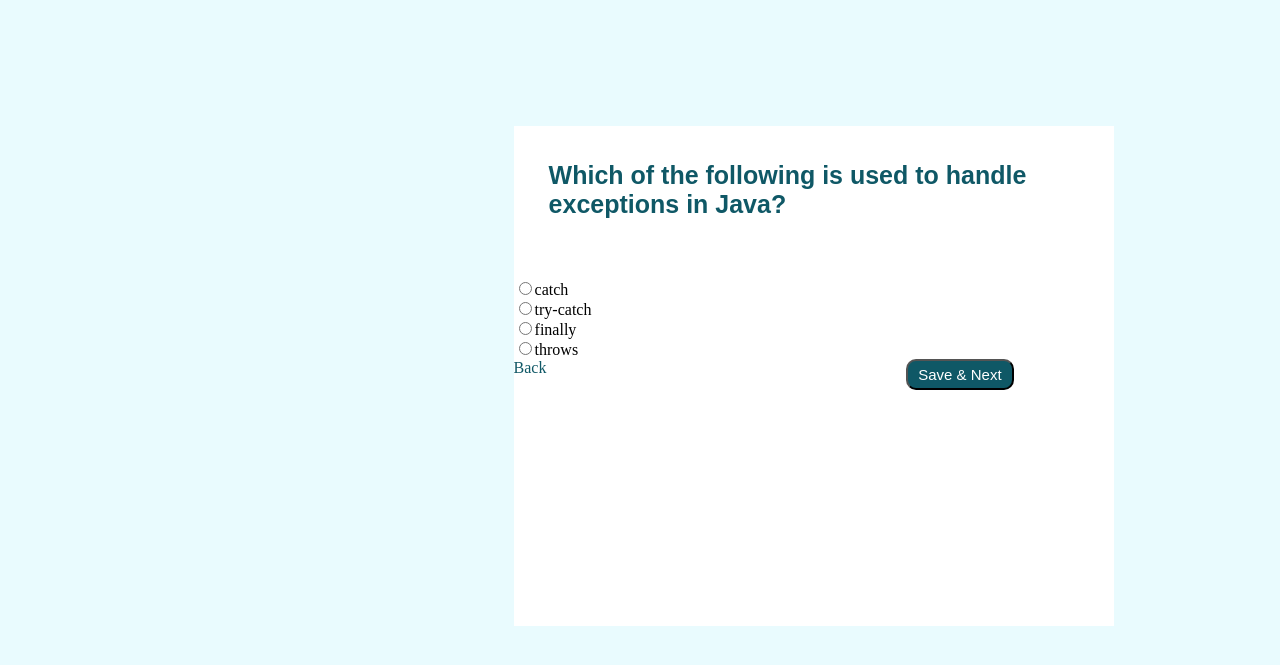
Repository: Rupali-8062Chourasiya5279/Internship_Task_Rupali
Page: Programming Language/quiz/QuizApp/src/main/webapp/First.html
These files come from the project's save history. The page is drawn as it stood at one moment and after the next save; the edit follows.
The browser window is 1280 px wide. The pictures show the whole page.

Above is the page before, as saved 2025-01-24 13:42:06.

After the next save:
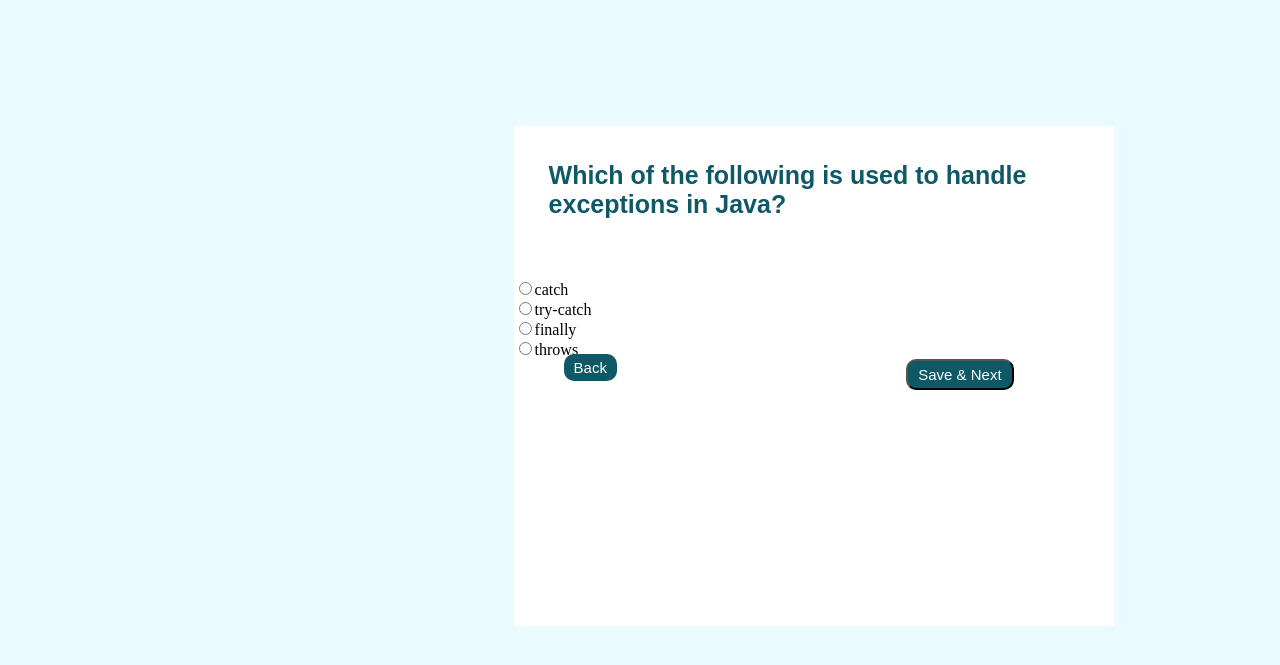
Saved 29 s later.
--- a/Programming Language/quiz/QuizApp/src/main/webapp/First.html
+++ b/Programming Language/quiz/QuizApp/src/main/webapp/First.html
@@ -24,9 +24,16 @@ margin-top: 10%;
  font-family: sans-serif;
  font-size: 25px;
  }
- a{
+ #a{
  text-decoration: none;
- color: #0f5866;
+ font: bold;
+ color: white;
+ background-color:#0f5866;
+ font-family: sans-serif;
+ padding:5px 10px 5px 10px;
+ margin-left:50px;
+ font-size: 15px;
+ border-radius: 10px;
  }
  #sub
  {
